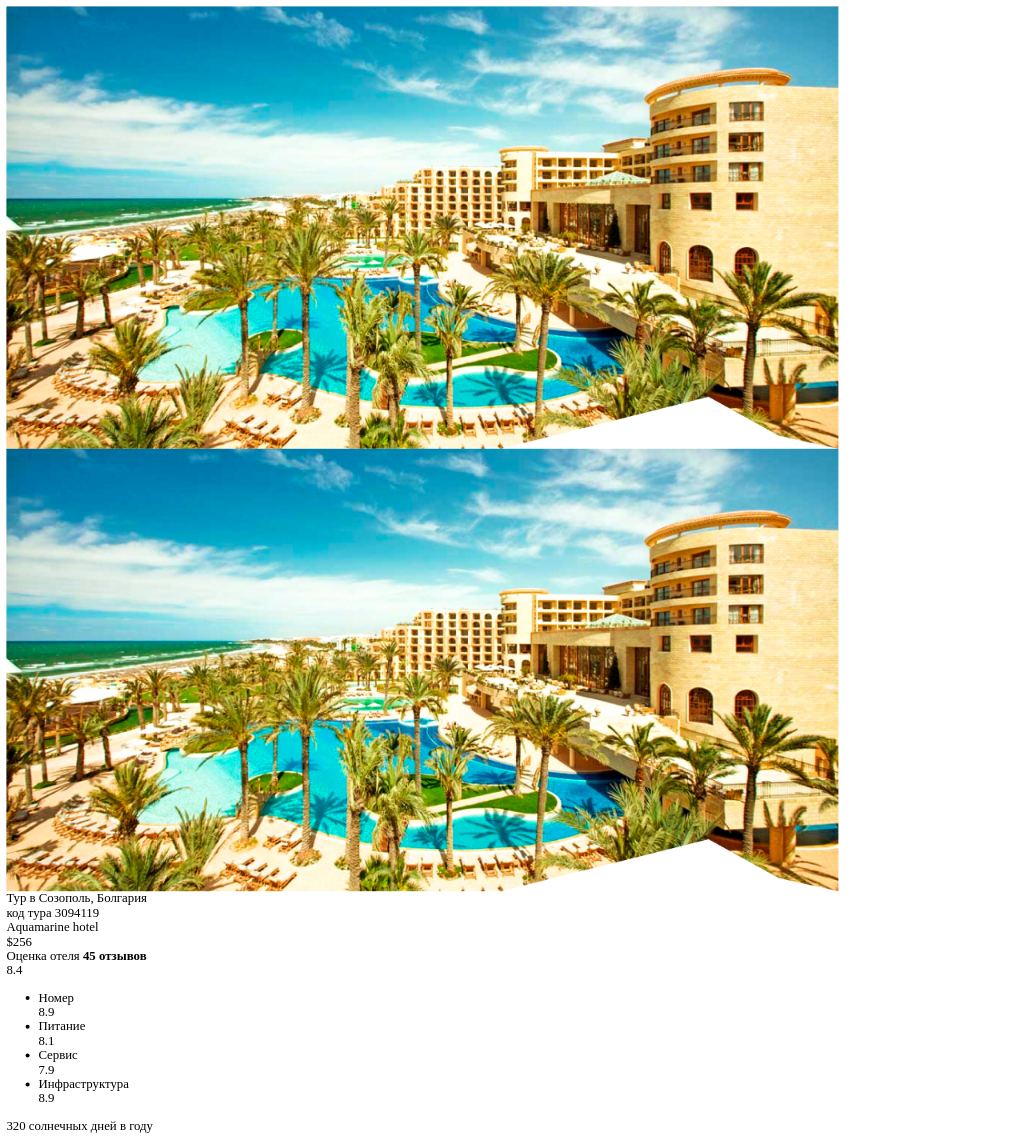
Repository: chekhunov/suntour
Page: app/html/components/_card-hotel.html
These files come from the project's save history. The page is drawn as it stood at one moment and after the next save; the edit follows.
The browser window is 1280 px wide. The pictures show the whole page, at 80% of full size.

Above is the page before, as saved 2021-03-16 13:06:43.

### app/html/components/_card-hotel.html
<article class="card-hotel" href="#">

  <div class="card-hotel__image">

    <img class="card-hotel__img" src="../images/content/card-hotelbg.jpg" alt="card hotel images">

    <img class="card-hotel__img" src="../images/content/card-hotelbg.jpg" alt="card hotel images">

    <div class="card-hotel__box">

      <div class="card-hotel__tour">

        <div class="card-hotel__title-tour">

          <span class="card-hotel__text">
            Тур
          </span>

          <span class="card-hotel__text">
            в Созополь, Болгария
          </span>

        </div>


        <div class="card-hotel__code-tour">

          <label class="card-hotel__label">
            код тура
          </label>

          <span class="card-hotel__code">

            3094119

          </span>

        </div>

      </div>

    </div>

  </div>

  <div class="card-hotel__content">

    <div class="card-hotel__inner">

      <div class="card-hotel__cost">

        <span class="title card-hotel__title">

          Aquamarine hotel

        </span>

        <div class="star" data-rateyo-rating="3"></div>

        <span class="price">

          $256

        </span>

      </div>

      <div class="card-hotel__rating">

        <div class="card-hotel__ratinghotel">

          <span>

            Оценка отеля

          </span>

          <span>

            <strong>
              45 отзывов
            </strong>

          </span>

        </div>

        <div class="card-hotel__averagenum">

          8.4

        </div>

        <div class="card-hotel__service">

          <ul class="card-hotel__list">

            <li class="card-hotel__item">

              Номер

              <div class="card-hotel__item-num">
                8.9
              </div>

            </li>

            <li class="card-hotel__item">

              Питание

              <div class="card-hotel__item-num">
                8.1
              </div>

            </li>

            <li class="card-hotel__item">

              Сервис

              <div class="card-hotel__item-num">
                7.9
              </div>

            </li>

            <li class="card-hotel__item">

              Инфраструктура

              <div class="card-hotel__item-num">
                8.9
              </div>

            </li>

          </ul>

        </div>

      </div>

    </div>

    <div class="card-hotel__sunday">

      <span class="card-hotel__day">

        320

      </span>

      солнечных дней в году

    </div>

  </div>


</article>

After the next save:
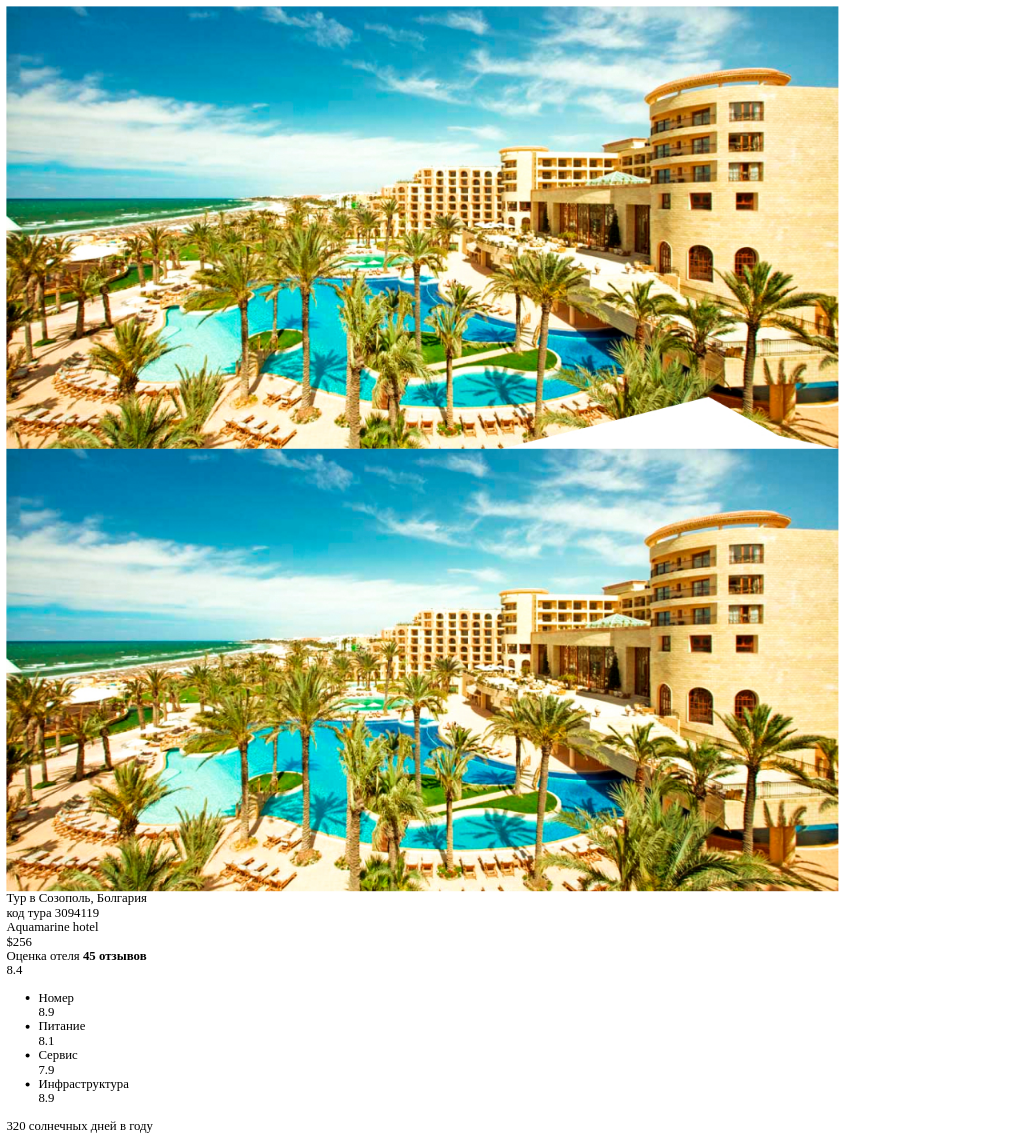
Saved 16 s later.
--- a/app/html/components/_card-hotel.html
+++ b/app/html/components/_card-hotel.html
@@ -4,7 +4,7 @@
 
     <img class="card-hotel__img" src="../images/content/card-hotelbg.jpg" alt="card hotel images">
 
-    <img class="card-hotel__img" src="../images/content/card-hotelbg.jpg" alt="card hotel images">
+    <img class="card-hotel__img" src="../images/content/card-hotelbg993.jpg" alt="card hotel images">
 
     <div class="card-hotel__box">
 
